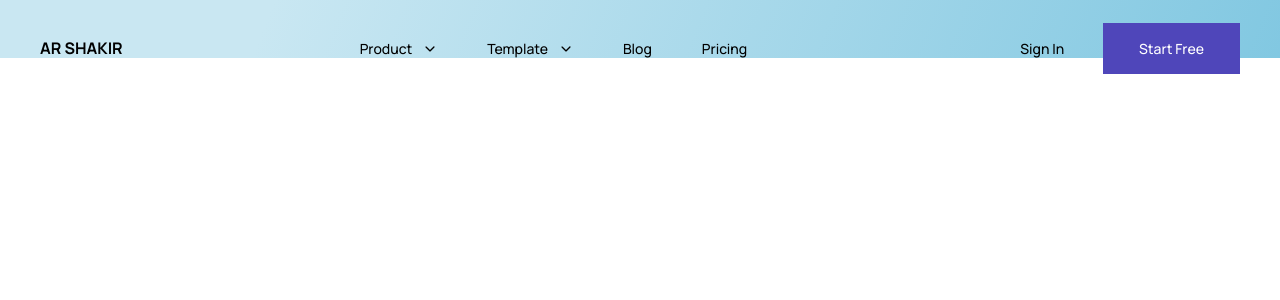
Repository: duongdori/ARShakir
Page: index.html
These files come from the project's save history. The page is drawn as it stood at one moment and after the next save; the edit follows.
The browser window is 1280 px wide. The pictures show the whole page.

Above is the page before, as saved 2022-04-01 22:56:56.

### index.html
<!DOCTYPE html>
<html lang="en">
<head>
    <meta charset="UTF-8">
    <meta http-equiv="X-UA-Compatible" content="IE=edge">
    <meta name="viewport" content="width=device-width, initial-scale=1.0">
    <title>Document</title>
    <link rel="preconnect" href="https://fonts.googleapis.com">
    <link rel="preconnect" href="https://fonts.gstatic.com" crossorigin>
    <link href="https://fonts.googleapis.com/css2?family=Manrope:wght@400;500;600;700;800&display=swap" rel="stylesheet">

    <link rel="stylesheet" href="./assets/css/main.css">
</head>
<body>
    <div class="wrapper">
        <header class="header">
            <div class="header-top">
                <div class="container">
                    <div class="header-logo">AR Shakir</div>
                    <ul class="header-menu">
                        <li class="header-menu-item">
                            <a href="#" class="header-menu-item-link">Product</a>
                            <a href="#" class="header-menu-item-icon">
                                <ion-icon name="ios-arrow-down"></ion-icon>
                            </a>
                        </li>
                        <li class="header-menu-item">
                            <a href="#" class="header-menu-item-link">Template</a>
                            <a href="#" class="header-menu-item-icon">
                                <ion-icon name="ios-arrow-down"></ion-icon>
                            </a>
                        </li>
                        <li class="header-menu-item">
                            <a href="#" class="header-menu-item-link">Blog</a>
                        </li>
                        <li class="header-menu-item">
                            <a href="#" class="header-menu-item-link">Pricing</a>
                        </li>
                    </ul>
                    <div class="header-login">
                        <a href="#" class="header-login-signin">Sign In</a>
                        <a href="#" class="header-login-startfree">Start Free</a>
                    </div>
                </div>
            </div>
            <div class="container">
                <div class="header-content">

                </div>
            </div>
        </header>
    </div>
</body>
<script  src = "https://unpkg.com/ionicons@4.5.10-0/dist/ionicons.js" > </script >
</html>

### assets/css/main.css
*, *::before, *::after {
  box-sizing: border-box;
}
* {
  margin: 0;
}

html, body {
  height: 100%;
}
body {
  line-height: 1.5;
  -webkit-font-smoothing: antialiased;
  -webkit-tap-highlight-color: rgba(0,0,0,0);
}

img, picture, video, canvas, svg {
  display: block;
  max-width: 100%;
}
input, button, textarea, select {
  font: inherit;
  outline: none;
  border: none;
}
p, h1, h2, h3, h4, h5, h6 {
  overflow-wrap: break-word;
}

:root {
    --primary-font: "Manrope";
    --primary-text-color: #000;
}
body {
    font-family: var(--primary-font);
    font-weight: 500;
}

.wrapper {
    max-width: 1440px;
    margin: 0 auto;
}

.container {
    max-width: 1200px;
    margin: 0 auto;
}

.header{
    background: linear-gradient(292.12deg, #62BADA -35.02%, #C9E7F2 78.96%);
}

.header-top{
    padding-top: 38px;
}

.header-top .container {
    display:flex;
    justify-content: space-between;
    align-items: center;
}

.header-logo{
    font-weight: 700;
    font-style: 20px;
    line-height: calc(25 / 20);
    text-transform: uppercase;
    color: var(--primary-text-color);
}

.header-menu{
    display:flex;
    align-items: center;
    list-style: none;
    font-weight: 500;
    font-size: 14px;
    line-height: calc(19 / 14);
    padding: 0;
    margin-left: -50px;

}

.header-menu-item{
    margin-left: 50px;
}

.header-menu-item-link{
    color: var(--primary-text-color);
    text-decoration: none;

}

.header-menu-item-icon {
    color: var(--primary-text-color);
    margin-left: 8px;
    display: inline;
    top: 2px;
    position: relative;
}

.header-login{
    font-size: 14px;
    line-height: calc(19 / 14);
}

.header-login-signin{
    color: var(--primary-text-color);
    text-decoration: none;
    padding: 16px 36px;

}

.header-login-startfree{
    color: #fff;
    text-decoration: none;
    background-color: #4F46BA;
    padding: 16px 36px;

}

After the next save:
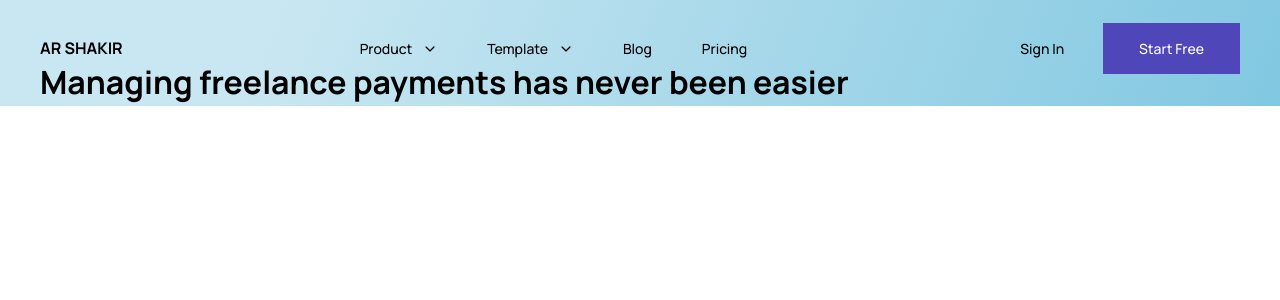
Saved 2 min 56 s later.
--- a/index.html
+++ b/index.html
@@ -44,8 +44,12 @@
                 </div>
             </div>
             <div class="container">
-                <div class="header-content">
-
+                <div class="header-main">
+                    <div class="header-content">
+                        <h1 class="header-content-heading">
+                            Managing freelance payments has never been easier
+                        </h1>
+                    </div>
                 </div>
             </div>
         </header>
